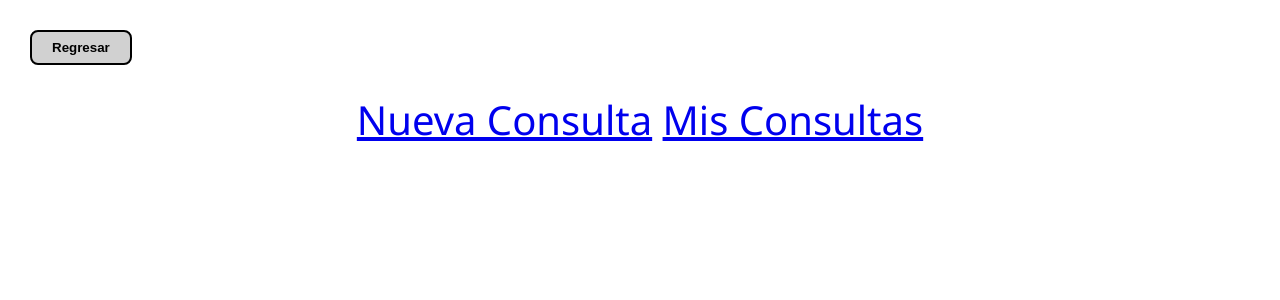
Repository: Devcodery/Trabajo-Fin-de-Grado
Page: http://localhost/Proyecto_Grupo3/vistas/portalCliente.jsp
An editor plug-in stored every save of this project. The page is shown before and after the next save, followed by the edit.
The browser window is 1280 px wide. The pictures show the whole page.
The page is served by Tomcat 9.

Above is the page before, as saved 2026-05-06 18:24:06.

After the next save:
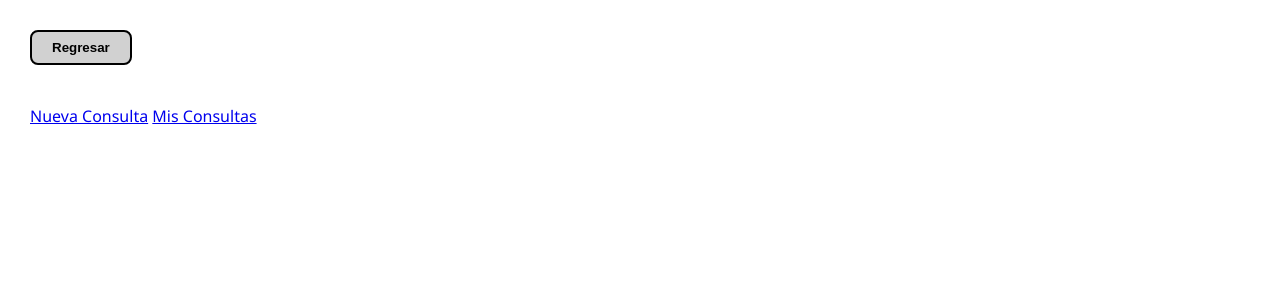
Saved 5 s later.
--- a/java/Proyecto_Grupo3/src/main/webapp/vistas/portalCliente.jsp
+++ b/java/Proyecto_Grupo3/src/main/webapp/vistas/portalCliente.jsp
@@ -11,7 +11,7 @@
 	<div class="nav">
         <button class="btn">Regresar</button>
     </div>
-    <h1 class="titulo"> </div>
+    <h1 class="titulo"> </h1>
 	<a href="/formularioSolicitud.php">Nueva Consulta</a>
 	<a href="/">Mis Consultas</a>
 </body>
